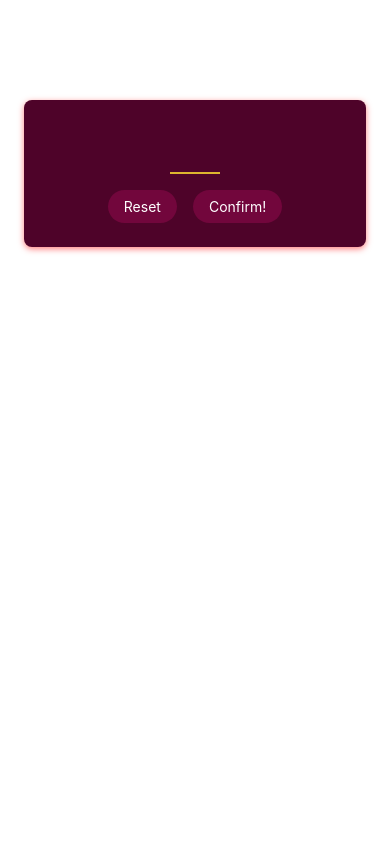
Repository: SyLe-Van/Number-Guessing-Game
Screen: /
The author's editor kept a copy of each file at every save. The screen is drawn from the files as they stood at one save, then again after the next save.
The app was drawn by React Native's web renderer in a window 390 px wide. The project was rebuilt for these pictures with package versions that can differ from the ones it lists, and the page was loaded fresh each time.

Above is the screen before, as saved 2024-02-02 09:30:23.

After the next save:
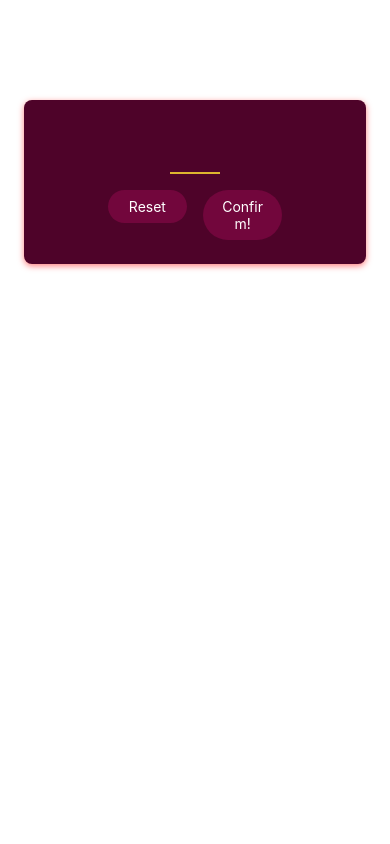
Saved 109 s later.
--- a/screens/StartGameScreen.js
+++ b/screens/StartGameScreen.js
@@ -11,10 +11,10 @@ function StartGameScreen() {
         autoCorrect={false}
       />
       <View style={styles.buttonsContainer}>
-        <View>
+        <View style={styles.buttonContainer}>
           <PrimaryButton>Reset</PrimaryButton>
         </View>
-        <View>
+        <View style={styles.buttonContainer}>
           <PrimaryButton>Confirm!</PrimaryButton>
         </View>
       </View>
@@ -49,5 +49,8 @@ const styles = StyleSheet.create({
   buttonsContainer: {
     flexDirection: "row",
   },
+  buttonContainer: {
+    flex: 1,
+  },
 });
 export default StartGameScreen;
